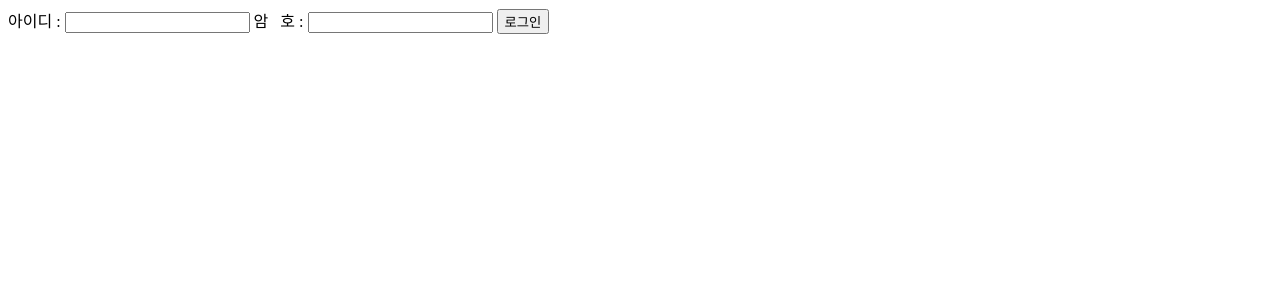
Repository: o3orr/jsp_study
Page: http://localhost/web-study-04/10_loginForm.jsp
These files come from the project's save history. The page is drawn as it stood at one moment and after a run of saves; the edit follows.
The browser window is 1280 px wide. The pictures show the whole page.
The page is served by Tomcat 9. Other server files are loaded and not shown.

Above is the page before, as saved 2024-03-04 07:33:27.

### web-study-04/src/main/webapp/10_loginForm.jsp
<%@ page language="java" contentType="text/html; charset=UTF-8"
    pageEncoding="UTF-8"%>
<!DOCTYPE html>
<html>
<head>
<meta charset="UTF-8">
<title>Insert title here</title>
</head>
<body>
	<form method="post" action="10_testLogin.jsp">
		<label for="id">아이디 : </label>
		<input type="text" name="id">

		<label for="pwd">암 &nbsp; 호 : </label>
		<input type="text" name="pwd">

		<input type="submit" value="로그인">

	</form>
</body>
</html>

After the next 2 saves:
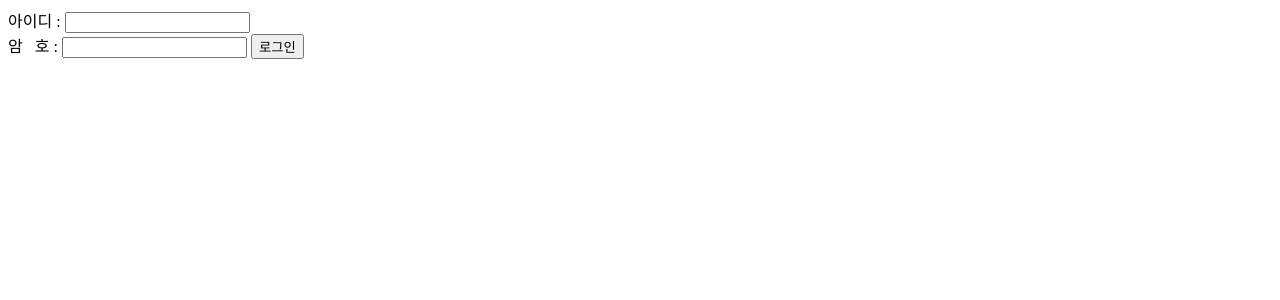
The 2 saves are shown as one change because they came seconds apart.
The last was saved 22 s later.
--- a/web-study-04/src/main/webapp/10_loginForm.jsp
+++ b/web-study-04/src/main/webapp/10_loginForm.jsp
@@ -9,7 +9,7 @@
 <body>
 	<form method="post" action="10_testLogin.jsp">
 		<label for="id">아이디 : </label>
-		<input type="text" name="id">
+		<input type="text" name="id" id="userid"><br>
 
 		<label for="pwd">암 &nbsp; 호 : </label>
 		<input type="text" name="pwd">
